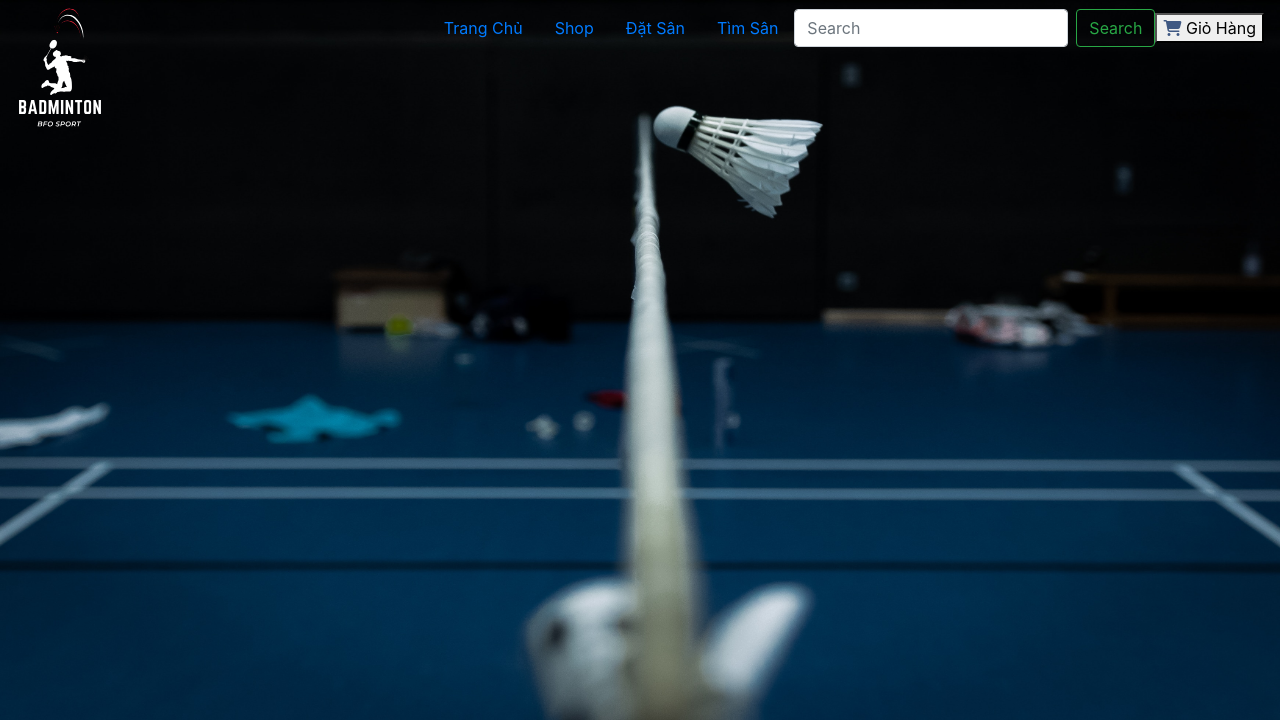
Repository: tsthuy/Badminton
Page: index.html
The author's editor kept a copy of each file at every save. The page is drawn from the files as they stood at one save, then again after the next save.
The browser window is 1280 px wide. The pictures show the whole page.
Some web libraries are served in a nearby version.

Above is the page before, as saved 2023-10-13 21:21:27.

### index.html
<!DOCTYPE html>
<html lang="en">
<head>
    <meta charset="UTF-8">
    <meta name="viewport" content="width=device-width, initial-scale=1.0">
    <link rel="stylesheet" href="https://cdn.jsdelivr.net/npm/bootstrap@4.0.0/dist/css/bootstrap.min.css" integrity="sha384-Gn5384xqQ1aoWXA+058RXPxPg6fy4IWvTNh0E263XmFcJlSAwiGgFAW/dAiS6JXm" crossorigin="anonymous">
    <link rel="stylesheet" href="main.css">
    <link rel="stylesheet" href="https://cdnjs.cloudflare.com/ajax/libs/font-awesome/6.4.2/css/all.min.css" integrity="sha512-z3gLpd7yknf1YoNbCzqRKc4qyor8gaKU1qmn+CShxbuBusANI9QpRohGBreCFkKxLhei6S9CQXFEbbKuqLg0DA==" crossorigin="anonymous" referrerpolicy="no-referrer" />

    <title>Badminton</title>
</head>
<body>
<div class="">
    <img class="logo" src="./Image/sport center (1).svg" />
</div>
<nav class="navbar navbar-expand-lg navbar-light bg-light nav_center" style="background-color: transparent !important;
">
<div class="">
<ul class="nav justify-content-center">
  <li class="nav-item">
    <a class="nav-link active" href="#">Trang Chủ</a>
  </li>
  <li class="nav-item">
    <a class="nav-link" href="#">Shop</a>
  </li>
  <li class="nav-item">
    <a class="nav-link" href="#">Đặt Sân</a>
  </li>
  <li class="nav-item">
    <a class="nav-link" href="#">Tìm Sân</a>
  </li>
</ul>
</div>

<div class="form_header">
<form class="form-inline my-2 my-lg-0">
    <input class="form-control mr-sm-2" type="search" placeholder="Search" aria-label="Search">
    <button class="btn btn-outline-success my-2 my-sm-0" type="submit">Search</button>
  </form>
</div>
<div class="">
    <button id="cart">
        <i class="fa-solid fa-cart-shopping" style="color: #3f5883;"></i>
        Giỏ Hàng
    </button>
    </div>
</nav>
   <div class="background_cover">

    <img class="bg_img" src="./Image/stephan-rothe-VePgmkq3hHI-unsplash.jpg" alt="" style="">
   </div>

</body>

<script src="https://code.jquery.com/jquery-3.2.1.slim.min.js" integrity="sha384-KJ3o2DKtIkvYIK3UENzmM7KCkRr/rE9/Qpg6aAZGJwFDMVNA/GpGFF93hXpG5KkN" crossorigin="anonymous"></script>
<script src="https://cdn.jsdelivr.net/npm/popper.js@1.12.9/dist/umd/popper.min.js" integrity="sha384-ApNbgh9B+Y1QKtv3Rn7W3mgPxhU9K/ScQsAP7hUibX39j7fakFPskvXusvfa0b4Q" crossorigin="anonymous"></script>
<script src="https://cdn.jsdelivr.net/npm/bootstrap@4.0.0/dist/js/bootstrap.min.js" integrity="sha384-JZR6Spejh4U02d8jOt6vLEHfe/JQGiRRSQQxSfFWpi1MquVdAyjUar5+76PVCmYl" crossorigin="anonymous"></script>
    </script>
</html>

### main.css
.logo
{
    width: 200px;
   position: absolute;
   left: -40px;
   top: -20px;
}
.bg_img
{
    height: 100vh;
    width: 100%;
    margin-top: -56px;
}

.nav_center
{
    display: flex;
    justify-content: flex-end;
}
.form_header
{
    /* position: absolute;
    right: 5px;
    top: 5px; */
}

After the next save:
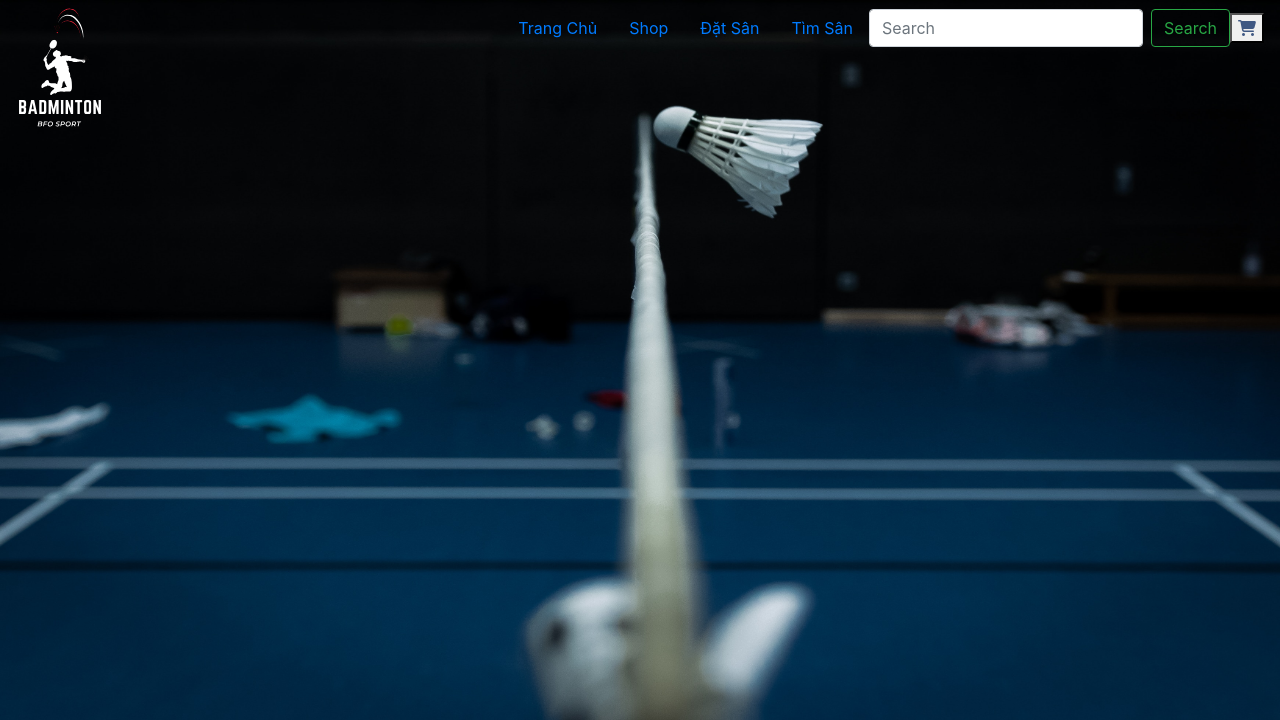
Saved 19 s later.
--- a/index.html
+++ b/index.html
@@ -41,7 +41,6 @@
 <div class="">
     <button id="cart">
         <i class="fa-solid fa-cart-shopping" style="color: #3f5883;"></i>
-        Giỏ Hàng
     </button>
     </div>
 </nav>
